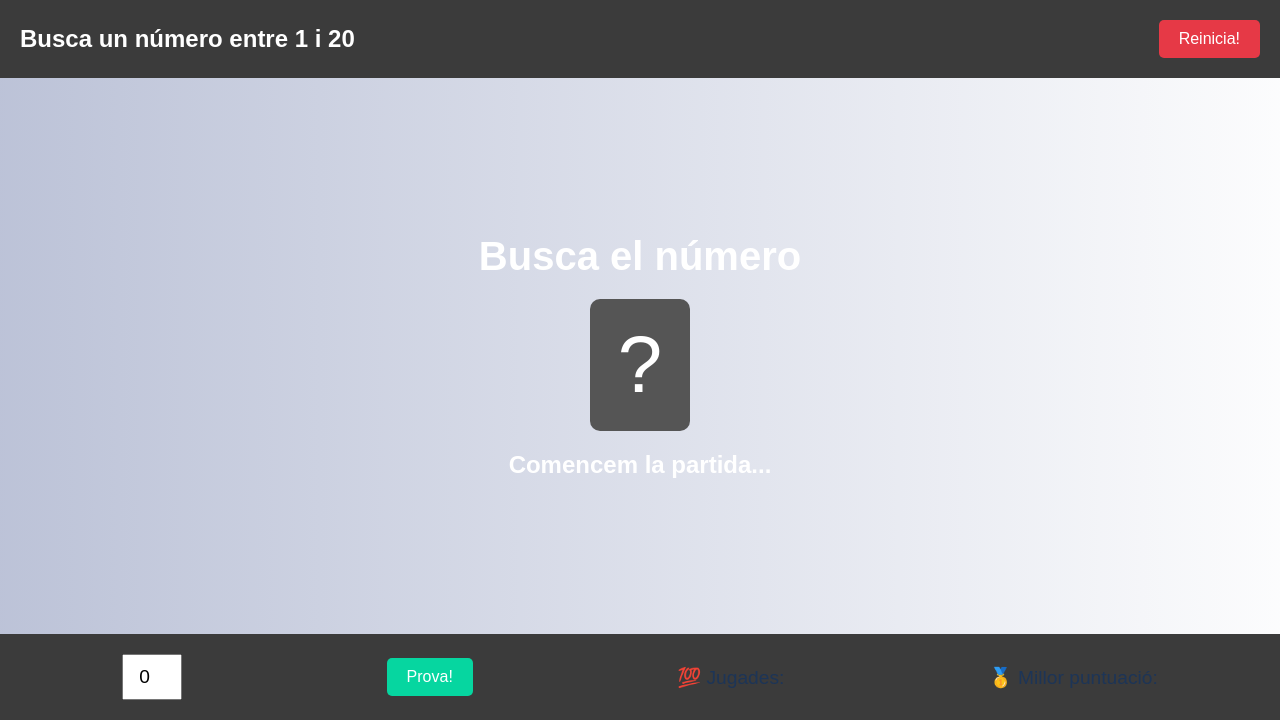
Repository: rdalmau23/M06_01
Page: index.html
The author's editor kept a copy of each file at every save. The page is drawn from the files as they stood at one save, then again after the next save.
The browser window is 1280 px wide. The pictures show the whole page.

Above is the page before, as saved 2024-10-11 11:36:19.

### index.html
<!DOCTYPE html>
<html lang="en">
<head>
    <meta charset="UTF-8">
    <meta name="viewport" content="width=device-width, initial-scale=1.0">
    <title>Endivina el número</title>
    <link rel="stylesheet" href="style.css">
    <script src="script.js"></script>
</head>
<body>
    <header>
        <h2>Busca un número entre 1 i 20</h2>
        <button id="reset">Reinicia!</button>
    </header>
    <main>
        <h1>Busca el número</h1>
        <div id="display-num">?</div>
        <h3>Comencem la partida...</h3>
    </main>
    <footer>
        <input type="number" value="0">
        <button id="play">Prova!</button>
        <div id="display-jugades">💯 Jugades: </div>
        <div id="display-result">🥇 Millor puntuació: </div>
    </footer>
</body>
</html>

### style.css
/* General Styles */
* {
    margin: 0;
    padding: 0;
    box-sizing: border-box;
  }

  body {
    font-family: Arial, sans-serif;
    height: 100vh;
    display: flex;
    flex-direction: column;
    justify-content: space-between;
    background: linear-gradient(270deg, #ffffff, #001969);
    background-size: 400% 400%;
    animation: gradient-animation 12s ease infinite;
    position: relative;
  }

  body::before {
    content: '';
    position: absolute;
    top: 0;
    left: 0;
    width: 100%;
    height: 100%;
    background-size: 50px 50px;
    opacity: 0.3;

  }

  @keyframes gradient-animation {
    0% {
      background-position: 0% 50%;
    }
    50% {
      background-position: 100% 50%;
    }
    100% {
      background-position: 0% 50%;
    }
  }

  header {
    background-color: #3b3b3b;
    color: white;
    padding: 20px;
    text-align: center;
    display: flex;
    justify-content: space-between;
    align-items: center;
  }

  header h2 {
    margin: 0;
  }

  header button {
    background-color: #e63946;
    border: none;
    color: white;
    padding: 10px 20px;
    cursor: pointer;
    border-radius: 5px;
    font-size: 16px;
  }

  header button:hover {
    background-color: #d62839;
  }

  main {
    flex-grow: 1;
    display: flex;
    flex-direction: column;
    justify-content: center;
    align-items: center;
  }

  main h1 {
    font-size: 2.5rem;
    color: white;
  }

  #display-num {
    font-size: 5rem;
    background-color: #555555;
    color: white;
    padding: 20px;
    width: 100px;
    text-align: center;
    border-radius: 10px;
    margin: 20px 0;
  }

  main h3 {
    font-size: 1.5rem;
    color: white;
  }

  /* Footer Section */
  footer {
    background-color: #3b3b3b;
    padding: 20px;
    display: flex;
    justify-content: space-around;
    align-items: center;
  }

  footer input[type="number"] {
    width: 60px;
    padding: 10px;
    font-size: 1.2rem;
    text-align: center;
  }

  footer button {
    background-color: #06d6a0;
    border: none;
    color: white;
    padding: 10px 20px;
    cursor: pointer;
    border-radius: 5px;
    font-size: 16px;
  }

  footer button:hover {
    background-color: #04b383;
  }

  footer div {
    font-size: 1.2rem;
    color: #1d3557;
  }

  /* Responsive Design */
  @media (max-width: 600px) {
    header, footer {
      flex-direction: column;
      gap: 10px;
    }

    #display-num {
      font-size: 4rem;
      width: 80px;
    }

    footer button {
      font-size: 14px;
    }
  }

Loaded but not shown: script.js (no copy from this time; the picture is the same without it)

After the next save:
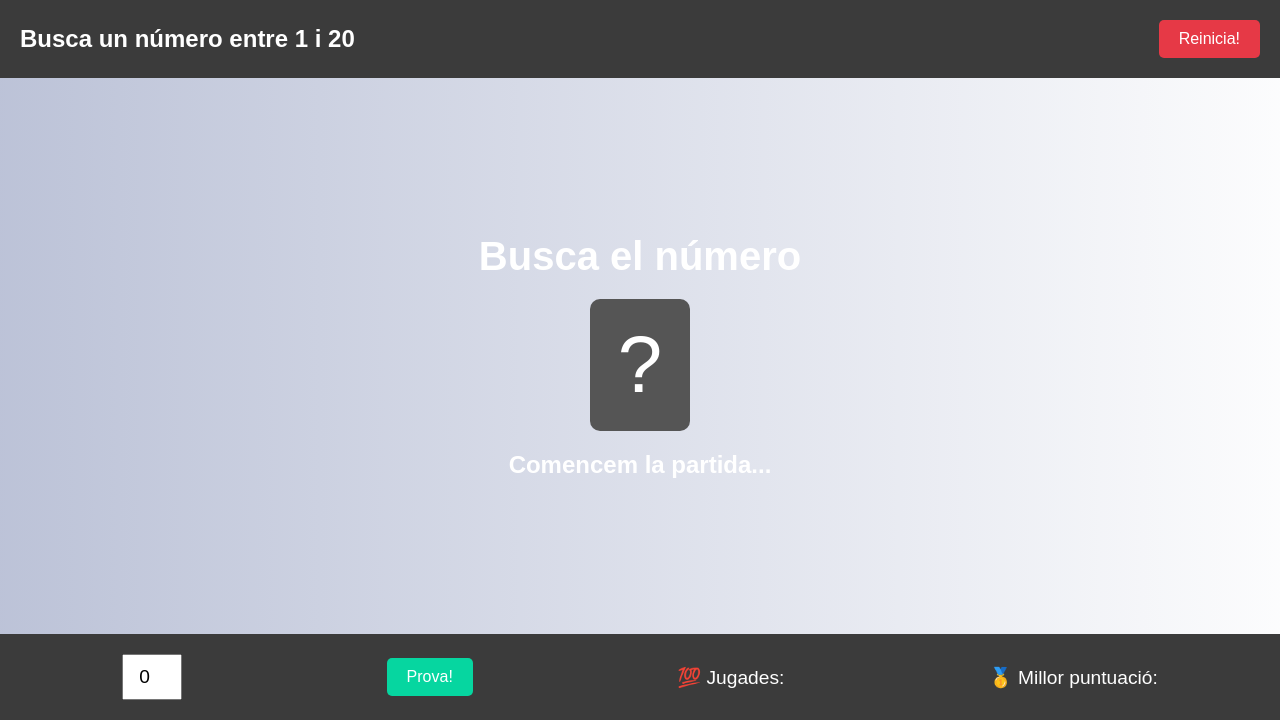
Saved 46 s later.
--- a/style.css
+++ b/style.css
@@ -130,7 +130,7 @@
 
   footer div {
     font-size: 1.2rem;
-    color: #1d3557;
+    color: #ffffff;
   }
 
   /* Responsive Design */
